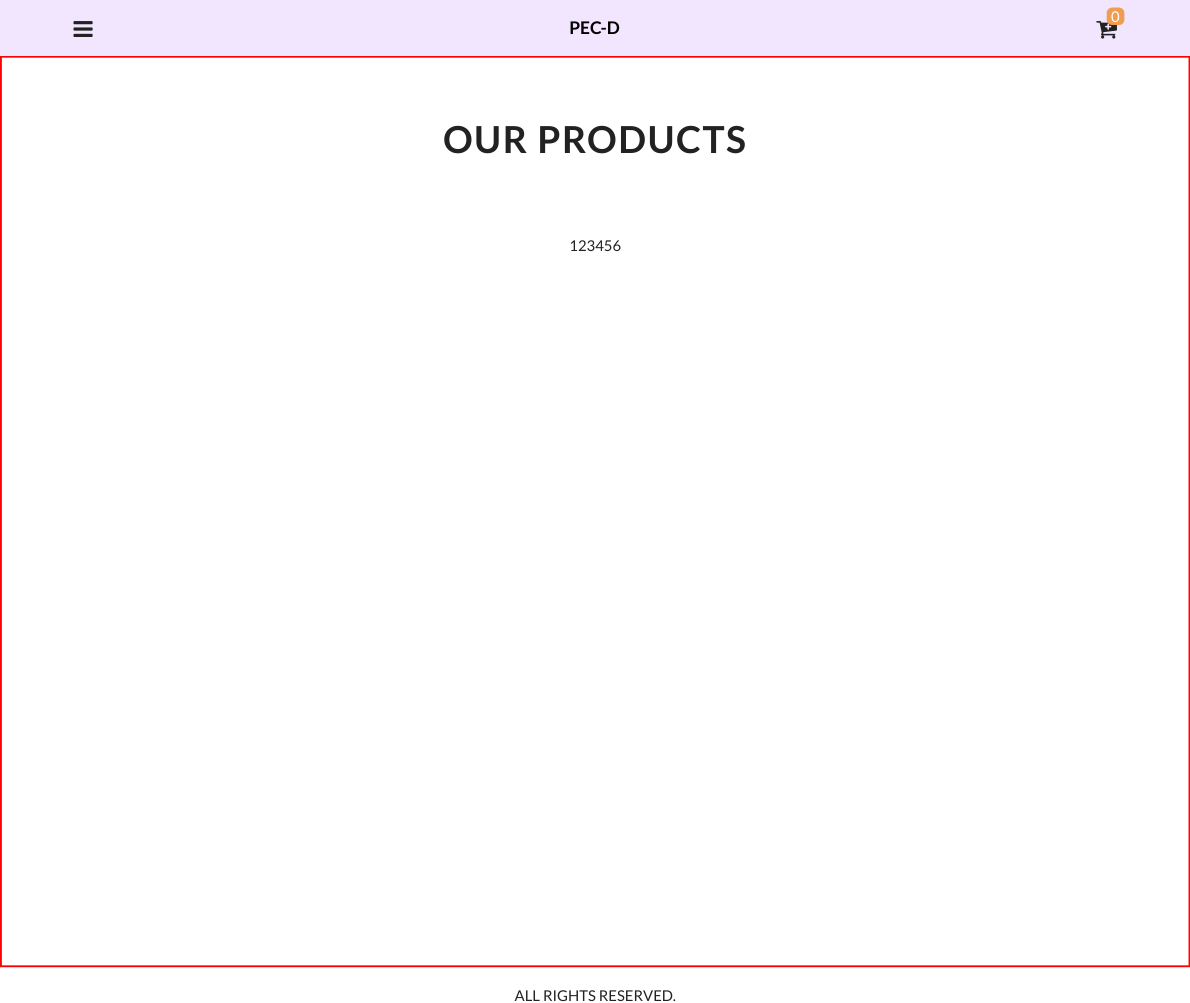
Repository: CHIR4G7/PEC-D
Page: http://localhost/
An editor plug-in stored every save of this project. The page is shown before and after a run of saves, followed by the edit.
The browser window is 1280 px wide. The pictures show the whole page, at 93% of full size.
The page is served by the project's Node server (app.js).

Above is the page before, as saved 2023-07-08 01:16:09.

### public/index.html
<!DOCTYPE html>
<html lang="en">

<head>
    <meta charset="UTF-8">
    <meta http-equiv="X-UA-Compatible" content="IE=edge">
    <meta name="viewport" content="width=device-width, initial-scale=1.0">
    <title>PEC-D</title>
    <link rel="stylesheet" href="https://cdnjs.cloudflare.com/ajax/libs/font-awesome/4.7.0/css/font-awesome.min.css">
    <link rel="stylesheet" href="css/style.css">
</head>

<body>
    <!-- navabr -->
    <nav class="navbar">
        <div class="navbar-center">
            <span class="nav-icon">
                <i class="fa fa-bars"></i>
            </span>
            <!-- <img src="/images/logo.svg" alt="logo" class="sr"> -->
            <h3 class="logo-name">PEC-D</h3>
            <div class="cart-btn">
                <span class="nav-icon">
                    <i class="fa fa-cart-plus"></i>
                </span>
                <div class="cart-items">0</div>
            </div>
        </div>
    </nav>
    <!-- end of navbar -->

    <!-- hero -->
    <!-- <header class="hero">
        <div class="banner">
            <h1 class="banner-title">FURNITURE COLLECTION</h1>
            <button class="banner-btn">SHOW NOW</button>
        </div>
    </header> -->
    <!-- end of hero -->

    <!-- products -->
    <div class="products">
         <div class="section-title">
            <h2>OUR PRODUCTS</h2>
        </div>
        <div class="body1">
            <div class="content">
                <ul class="content-inner">
                    <!-- <li class="card">
                        <article class="product">
                            <div class="img-container">
                                <img src="/images/product-1.jpeg" alt="product" class="product-img">
                                <button class="bag-btn" data-id="1">
                                    <i class="fa fa-shopping-cart"></i>
                                    add to bag.
                                </button>
                            </div>
                            <h3>add name</h3>

                        </article>
                    </li>
                    <li class="card">
                        <article class="product">
                            <div class="img-container">
                                <img src="/images/product-1.jpeg" alt="product" class="product-img">
                                <button class="bag-btn" data-id="1">
                                    <i class="fa fa-shopping-cart"></i>
                                    add to bag.
                                </button>
                            </div>
                            <h3>add name</h3>

                        </article>
                    </li>
                    <li class="card">
                        <article class="product">
                            <div class="img-container">
                                <img src="/images/product-1.jpeg" alt="product" class="product-img">
                                <button class="bag-btn" data-id="1">
                                    <i class="fa fa-shopping-cart"></i>
                                    add to bag.
                                </button>
                            </div>
                            <h3>add name</h3>

                        </article>
                    </li> -->

                </ul>
            </div>
        </div>
        <div class="products-center">
            <!-- single product -->

            <!-- PRODCUT DETIALS -->
            <!-- <article class="product">
                <div class="img-container">
                    <img src="/images/product-1.jpeg" alt="product" class="product-img">
                    <button class="bag-btn" data-id="1">
                        <i class="fa fa-shopping-cart"></i>
                        add to bag.
                    </button>
                </div>
                <h3>add name</h3>

            </article> -->
            <!-- THIS IS END OF PRODUCT DETIALS -->

            <!-- PRODCUT DETIALS -->
            <!-- <article class="product">
                <div class="img-container">
                    <img src="/images/product-8.jpeg" alt="product" class="product-img">
                    <button class="bag-btn" data-id="1">
                        <i class="fa fa-shopping-cart"></i>
                        add to bag.
                    </button>
                </div>
                <h3>TABLE</h3>
                <h4>$11.99</h4>
            </article> -->
            <!-- THIS IS END OF PRODUCT DETIALS -->

            <!-- PRODCUT DETIALS -->
            <!-- <article class="product">
                <div class="img-container">
                    <img src="/images/product-7.jpeg" alt="product" class="product-img">
                    <button class="bag-btn" data-id="1">
                        <i class="fa fa-shopping-cart"></i>
                        add to bag.
                    </button>
                </div>
                <h3>COUCH</h3>
                <h4>$42.99</h4>
            </article> -->
            <!-- THIS IS END OF PRODUCT DETIALS -->

            <!-- PRODCUT DETIALS -->
            <!-- <article class="product">
                <div class="img-container">
                    <img src="/images/product-2.jpeg" alt="product" class="product-img">
                    <button class="bag-btn" data-id="1">
                        <i class="fa fa-shopping-cart"></i>
                        add to bag.
                    </button>
                </div>
                <h3>KING PANEL BED</h3>
                <h4>$12.99</h4>
            </article> -->
            <!-- THIS IS END OF PRODUCT DETIALS -->

            <!-- PRODCUT DETIALS -->
            <!-- <article class="product">
                <div class="img-container">
                    <img src="/images/product-5.jpeg" alt="product" class="product-img">
                    <button class="bag-btn" data-id="1">
                        <i class="fa fa-shopping-cart"></i>
                        add to bag.
                    </button>
                </div>
                <h3>FRIDGE</h3>
                <h4>$34.99</h4>
            </article> -->
            <!-- THIS IS END OF PRODUCT DETIALS -->

            <!-- PRODCUT DETIALS -->
            <!-- <article class="product">
                <div class="img-container">
                    <img src="/images/product-6.jpeg" alt="product" class="product-img">
                    <button class="bag-btn" data-id="1">
                        <i class="fa fa-shopping-cart"></i>
                        add to bag.
                    </button>
                </div>
                <h3>DRESSER</h3>
                <h4>$22.99</h4>
            </article> -->
            <!-- THIS IS END OF PRODUCT DETIALS -->

            <!-- PRODCUT DETIALS -->
            <!-- <article class="product">
                <div class="img-container">
                    <img src="/images/product-3.jpeg" alt="product" class="product-img">
                    <button class="bag-btn" data-id="1">
                        <i class="fa fa-shopping-cart"></i>
                        add to bag.
                    </button>
                </div>
                <h3>TWIN PANEL BED</h3>
                <h4>$17.99</h4>
            </article> -->
            <!-- THIS IS END OF PRODUCT DETIALS -->

            <!-- PRODCUT DETIALS -->
            <!-- <article class="product">
                <div class="img-container">
                    <img src="/images/product-4.jpeg" alt="product" class="product-img">
                    <button class="bag-btn" data-id="1">
                        <i class="fa fa-shopping-cart"></i>
                        add to bag.
                    </button>
                </div>
                <h3>SINGLE PANEL BED</h3>
                <h4>$23.99</h4>
            </article> -->
            <!-- THIS IS END OF PRODUCT DETIALS -->
        </div>
    </div>
    <!-- end of products -->




    <!-- CART BEGINS -->
    <div class="cart-overlay">
        <div class="cart">
            <span class="close-cart">
                <i class="fa fa-window-close"></i>
            </span>
            <h2>YOUR CART</h2>
            <div class="cart-content">
                <!-- cart item -->
                <div class="cart-item">
                    <!-- <img src="/images/product-1.jpeg" alt="product">
                    <div>
                        <h4>QUEEN BED</h4>
                        <h5>$9.00</h5>
                        <span class="remove-item">Remove</span>
                    </div>
                    <div>
                        <i class="fa fa-chevron-up"></i>
                        <p class="item-amount">0</p>
                        <i class="fa fa-chevron-down"></i>
                    </div> -->
                </div>
                <!-- end of cart item -->

            </div>

            <div class="cart-footer">
                <h3>YOUR TOTAL : $ <span class="cart-total"></span></h3>
                <button class="clear-cart banner-btn">CLEAR CART</button>
            </div>

        </div>
    </div>
    <!-- CART ENDS -->
    <!-- FOOOTER -->
    <div class="footer">
        ALL RIGHTS RESERVED.
    </div>
    <!-- END OF THE FOOTER -->

    <script src="src/script.js"></script>
</body>

</html>

### app.js
import express from "express";
import bodyParser from "body-parser";

const app = express();
const port = 5002;
app.use(express.static("public"))
app.use(bodyParser.urlencoded({extended:true}));
app.set("view engine","ejs");


app.get("/",(request,response)=>
{
    response.sendFile("/Users/chirag/Desktop/PEC D/public/index.html");
})

app.listen(port,()=>
{
    console.log("server working");
})

### public/css/style.css
@import url("https://fonts.googleapis.com/css?family=Lato:400,700");


/* creating variables */
:root {
    --primaryColor: #f09d51;
    --mainWhite: #fff;
    --mainBlack: #222;
    --mainGrey: #ececec;
    --mainSpacing: 0.1rem;
    --mainTransition: all 0.3s linear;
}

/* resetting elements */
* {
    margin: 0;
    padding: 0;
    box-sizing: border-box;
}


body {
    color: var(--mainBlack);
    background: var(--mainWhite);
    font-family: "Lato", sans-serif;
}


/* navbar */
.navbar {
    position: sticky;
    top: 0;
    height: 60px;
    width: 100%;
    display: flex;
    align-items: center;
    background: #f2e6ff;
    z-index: 1;
}

.logo-name
{
    color: black;
}

.navbar-center {
    width: 100%;
    max-width: 1170px;
    margin: 0 auto;
    display: flex;
    align-items: center;
    justify-content: space-between;
    padding: 0 1.5rem;
}

.nav-icon {
    font-size: 1.5rem;
}

.cart-btn {
    position: relative;
    cursor: pointer;
}

.cart-items {
    position: absolute;
    top: -8px;
    right: -8px;
    background: var(--primaryColor);
    padding: 0 5px;
    border-radius: 30%;
    color: var(--mainWhite);
}

/* hero */
.hero {
    min-height: calc(100vh - 60px);
    background: url("./images/bg-3.jpg") center/cover no-repeat;
    display: flex;
    align-items: center;
    justify-content: center;
  }
  .banner {
    text-align: center;
    background: #f2e6ff;
    display: inline-block;
    padding: 2rem;
  }
  .banner-title {
    font-size: 3.4rem;
    text-transform: uppercase;
    letter-spacing: var(--mainSpacing);
    margin-bottom: 3rem;
  }
  .banner-btn {
    padding: 1rem 3rem;
    text-transform: uppercase;
    letter-spacing: var(--mainSpacing);
    font-size: 1rem;
    background: #9999FF;
    color: var(--mainBlack);
    border: 1px solid var(--primaryColor);
    transition: var(--mainTransition);
    cursor: pointer;
  }
  .banner-btn:hover {
    background: transparent;
    color: var(--primaryColor);
  }


  /* products */
  .products {
    padding: 4rem 0;
    border: 2px solid red;
  }
  .section-title h2 {
    text-align: center;
    font-size: 2.5rem;
    margin-bottom: 5rem;
    text-transform: capitalize;
    letter-spacing: var(--mainSpacing);
  }
  .products-center {
    width: 90vw;
    margin: 0 auto;
    max-width: 1170px;
    display: grid;
    grid-template-columns: repeat(auto-fit, minmax(260px, 1fr));
    grid-column-gap: 1.5rem;
    grid-row-gap: 2rem;
  }
  .img-container {
    position: relative;
    overflow: hidden;
  }
  .bag-btn {
    position: absolute;
    top: 70%;
    right: 0;
    background: var(--primaryColor);
    border: none;
    text-transform: uppercase;
    padding: 0.5rem 0.75rem;
    letter-spacing: var(--mainSpacing);
    font-weight: bold;
    transition: var(--mainTransition);
    transform: translateX(101%);
    cursor: pointer;
  }
  .bag-btn:hover {
    color: var(--mainWhite);
  }
  .fa-shopping-cart {
    margin-right: 0.5rem;
  }
  .img-container:hover .bag-btn {
    transform: translateX(0);
  }
  .product-img {
    display: block;
    width: 100%;
    min-height: 12rem;
    transition: var(--mainTransition);
  }
  .img-container:hover .product-img {
    opacity: 0.5;
  }

  .product
  {
    border: 2px solid blue;
  }

  .product h3 {
    text-transform: capitalize;
    font-size: 1.1rem;
    margin-top: 1rem;
    letter-spacing: var(--mainSpacing);
    text-align: center;
  }

  .product h4 {
    margin-top: 0.7rem;
    letter-spacing: var(--mainSpacing);
    color: var(--primaryColor);
    text-align: center;
  }


   /* slider*/

   .body1
{
    display: flex;

    justify-content: center;
    min-height: 100vh;
    /* background-color: lawngreen; */
    /* border: 2px solid yellow; */
    padding: 0 35px;
}
.card img
{
    height: 150px;
    width: 150px;
    margin-bottom: 5px;
    object-fit: cover;
}
.content
{
    max-width: 1200px;
    width: 100%;
    /* position: relative; */
    /* border: 2px solid red; */
}
.content .content-inner
{
    display: grid;
    grid-auto-flow: column;
    grid-auto-columns: 25%;
    gap: 15px;
    /* overflow: hidden; */
    overflow-x: auto;
    scroll-snap-type: x mandatory;
    scroll-behavior: smooth;
    scrollbar-width: 0;

}
.content .card
{
    list-style: none;
    background-color: lightblue;
    color: black;
    border-radius: 10px;
    height: 342px;
     display: flex;
    flex-direction: column;
    /*align-items: center;*/
    justify-content: center;
    cursor: pointer;
    width: 280px;

}
.content i
{
    height: 30px;
    width: 50px;
    margin: 10px;
    background-color: wheat;
    color: black;
    text-align: center;
    line-height: 25px;
    border-radius: 50%;
    cursor: pointer;
}
.card-item
{
    display: flex;
    flex-direction: column;
    justify-content: center;
    align-items: center;
    margin: 15px;
    padding-top: 5px;
}
.card-item h4
{
    margin-bottom: 4px;
}

   */

  /* cart */
  .cart-overlay {
    position: fixed;
    top: 0;
    right: 0;
    width: 100%;
    height: 100%;
    transition: var(--mainTransition);
    background: rgb(240, 157, 81, 0.5);
    z-index: 2;
    visibility: hidden;
  }
  .cart {
    position: fixed;
    top: 0;
    right: 0;
    width: 100%;
    height: 100%;
    overflow: scroll;
    z-index: 3;
    background: rgb(231, 226, 221);
    padding: 1.5rem;
    transition: var(--mainTransition);
    transform: translateX(100%);
  }
  .showCart {
    transform: translateX(0);
  }
  .transparentBcg {
    visibility: visible;
  }
  @media screen and (min-width: 768px) {
    .cart {
      width: 30vw;
      min-width: 450px;
    }
  }

  .close-cart {
    font-size: 1.7rem;
    cursor: pointer;
  }
  .cart h2 {
    text-transform: capitalize;
    text-align: center;
    letter-spacing: var(--mainSpacing);
    margin-bottom: 2rem;
  }
  /*---------- Cart Item -------------------- */
  .cart-item {
    display: grid;
    align-items: center;
    grid-template-columns: auto 1fr auto;
    grid-column-gap: 1.5rem;
    margin: 1.5rem 0;
  }
  .cart-item img {
    width: 75px;
    height: 75px;
  }
  .cart-item h4 {
    font-size: 0.85rem;
    text-transform: capitalize;
    letter-spacing: var(--mainSpacing);
  }
  .cart-item h5 {
    margin: 0.5rem 0;
    letter-spacing: var(--mainSpacing);
  }
  .item-amount {
    text-align: center;
  }
  .remove-item {
    color: black;
    cursor: pointer;
  }
  .fa-chevron-up,
  .fa-chevron-down {
    color: var(--primaryColor);
    cursor: pointer;
  }
  /*---------- End of Cart Item -------------------- */

  .cart-footer {
    margin-top: 2rem;
    letter-spacing: var(--mainSpacing);
    text-align: center;
  }
  .cart-footer h3 {
    text-transform: capitalize;
    margin-bottom: 1rem;
  }


  /* FOOTER */
  .footer
  {
    position: relative;
    text-align: center;
    top: 20px;
  }

### public/src/script.js


const productsDOM = document.querySelector('.body1');

let shoparray = [];//ISME SAAARI KI SAARI DETAILS PADI HAIN PRODUCT K

class Shops{

    async getProducts() {
        try {
            let result = await fetch('./shops.json');
            let data = await result.json();

            //destructuring
            const shopsArray = data.shops.map(shop => ({ id: shop.id, name: shop.sname, image: shop.image}));

            return shopsArray;
        }
        catch (error) {
            console.log("r");
        }
    }

};

class display
{
    displayShops(shops)
    {
        let result = '';
       shops.forEach((shop)=>
       {
        console.log(shop.id);
        result+=`${shop.id}`
    //     result+=` <li class="card">
    //     <article class="product">
    //         <div class="img-container">
    //             <img src="/images/product-1.jpeg" alt="product" class="product-img">
    //             <button class="bag-btn" data-id="1">
    //                 <i class="fa fa-shopping-cart"></i>
    //                 add to bag.
    //             </button>
    //         </div>
    //         <h3>${shop.name}</h3>

    //     </article>
    // </li>`;

       })
    //    console.log("c");
    productsDOM.innerHTML = result;
    }
};





//displaying the products

function displayProducts(shoparray)
{
    let result = '';
    shoparray.forEach(product => {
        result += `      <article class="product">
        <div class="img-container">
            <img src="/images/product-1.jpeg" alt="product" class="product-img">
            <button class="bag-btn" data-id=${product.id}>
                <i class="fa fa-shopping-cart"></i>
                add to bag.
            </button>
        </div>
        <h3>${product.name}</h3>`;
        console.log(product);
    })
    productsDOM.innerHTML = result;
}


    // console.log(shoparray);

    // till here
    document.addEventListener("DOMContentLoaded", () => {
        //when dom loads get the product info stored in an array SHOPSARRAY
        // (async function () {
        //     try {
        //         const shopsarray = await getProducts();
        //         shopsarray.forEach((e) => {
        //             shoparray.push(e);
        //         })
        //     }
        //     catch (error) {
        //         console.log(error);
        //     }
        // })();
        // console.log(shoparray);
        // displayProducts(shoparray);
        const shops = new Shops();
        const displaying = new display();

        shops.getProducts().then(products=>
            {
                displaying.displayShops(products);
                // console.log(products);
            })

    })

### public/shops.json
{
    "shops" :
    [
        {
            "id" : 1,
            "sname" : "DeshRaj Sweets",
            "image" : "public/images/product-1.jpeg"
        },
        {
            "id" : 2,
            "sname" : "Anna",
            "image" : "public/images/product-1.jpeg"
        },
        {
            "id" : 3,
            "sname" : "Combo",
            "image" : "public/images/product-1.jpeg"
        },
        {
            "id" : 4,
            "sname" : "Forks and Knives",
            "image" : "public/images/product-1.jpeg"
        },
        {
            "id" : 5,
            "sname" : "Pandit",
            "image" : "public/images/product-1.jpeg"
        },
        {
            "id" : 6,
            "sname" : "Yankess",
            "image" : "public/images/product-1.jpeg"
        }
    ]
}

After the next 2 saves:
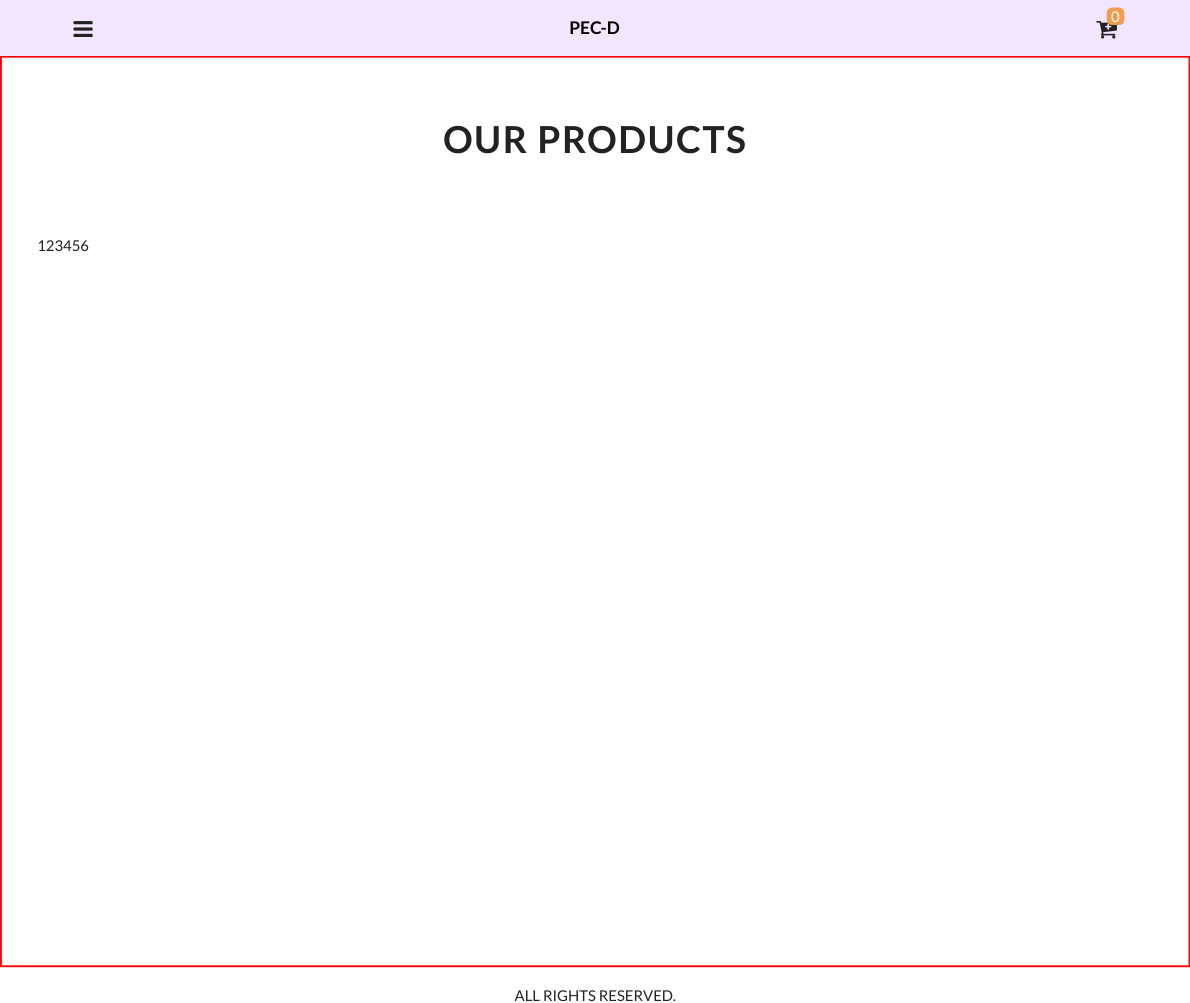
The 2 saves are shown as one change because they came seconds apart.
The last was saved 17 s later.
--- a/public/src/script.js
+++ b/public/src/script.js
@@ -1,6 +1,6 @@
 
 
-const productsDOM = document.querySelector('.body1');
+const productsDOM = document.querySelector('.content-inner');
 
 let shoparray = [];//ISME SAAARI KI SAARI DETAILS PADI HAIN PRODUCT K
 
